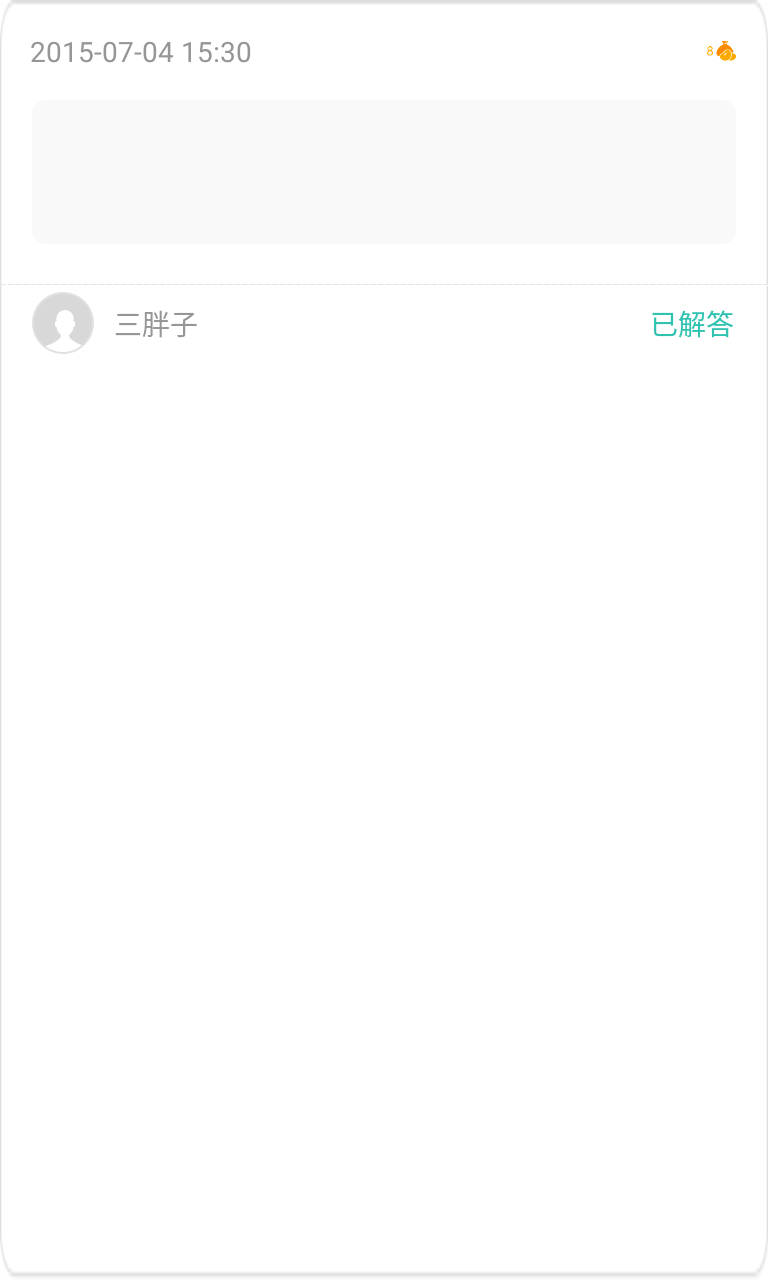
Repository: 2015-Forever/JWD
Layout: Jwd/res/layout/item_collect.xml
These files come from the project's save history. The layout is drawn as it stood at one moment and after the next save; the edit follows.
It is drawn on a 768 x 1280 px phone screen (xhdpi) without system bars, with theme AppTheme; the app's code is not run.

Above is the layout before, as saved 2015-07-16 04:07:48.

After the next save:
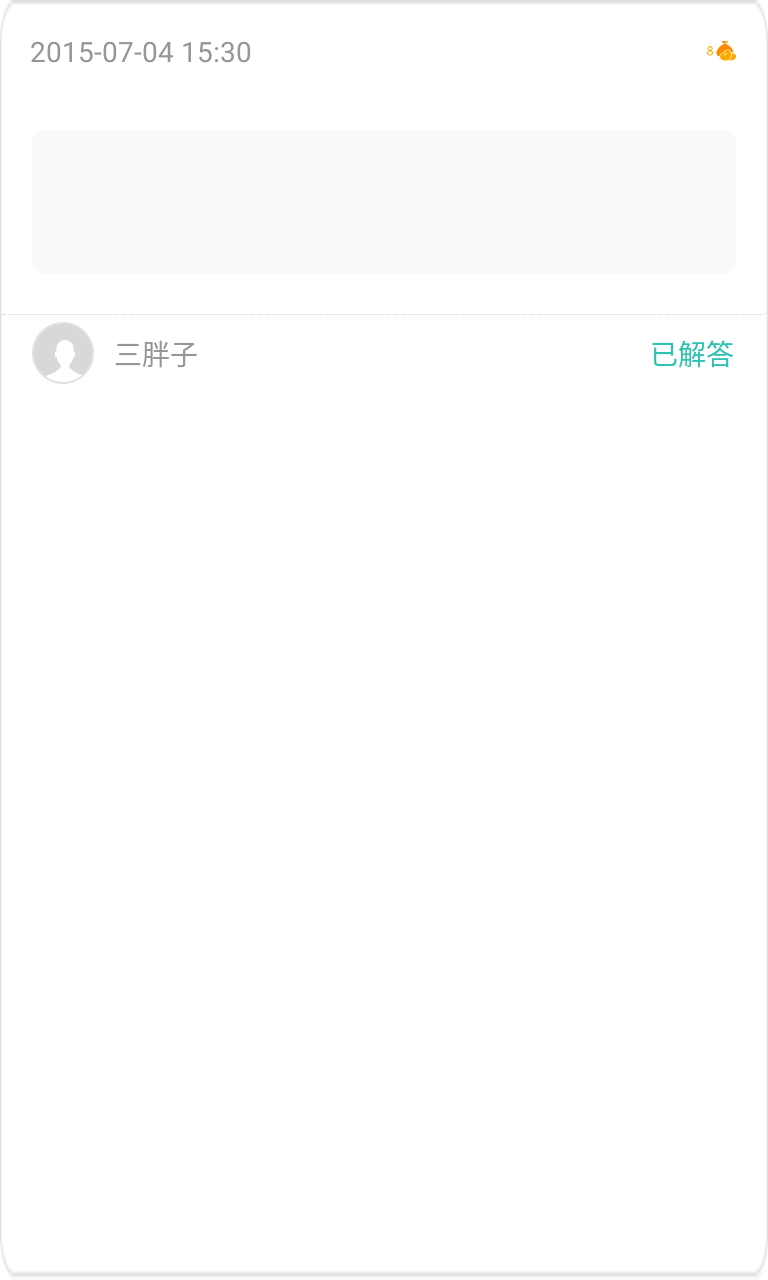
Saved 20 s later.
--- a/Jwd/res/layout/item_collect.xml
+++ b/Jwd/res/layout/item_collect.xml
@@ -37,9 +37,10 @@
         android:id="@+id/main_iv"
         android:layout_width="match_parent"
         android:layout_height="72dp"
+        android:layout_below="@id/time_ll"
         android:layout_marginLeft="16dp"
         android:layout_marginRight="16dp"
-        android:layout_marginTop="50dp"
+        android:layout_marginTop="15dp"
         android:background="@drawable/topic_picture" />
 
     <View

After the save that followed:
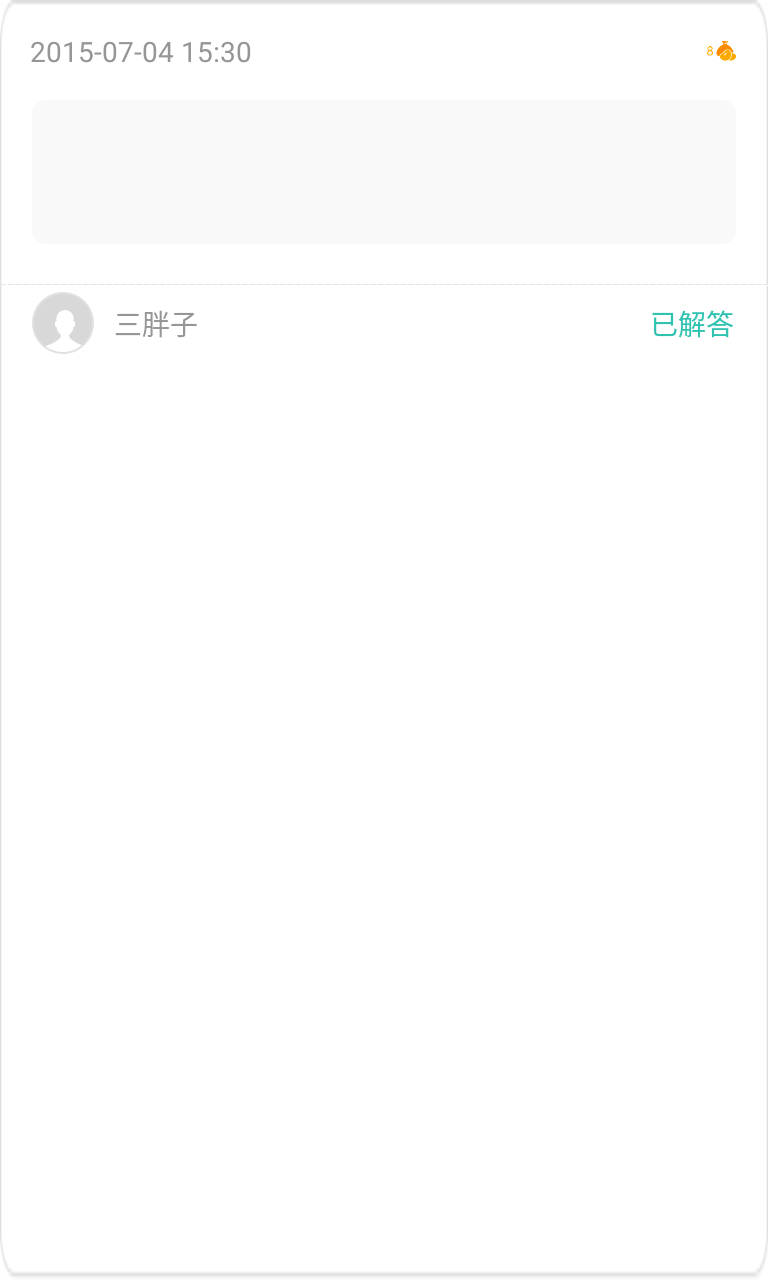
Saved 18 s later.
--- a/Jwd/res/layout/item_collect.xml
+++ b/Jwd/res/layout/item_collect.xml
@@ -40,7 +40,6 @@
         android:layout_below="@id/time_ll"
         android:layout_marginLeft="16dp"
         android:layout_marginRight="16dp"
-        android:layout_marginTop="15dp"
         android:background="@drawable/topic_picture" />
 
     <View
